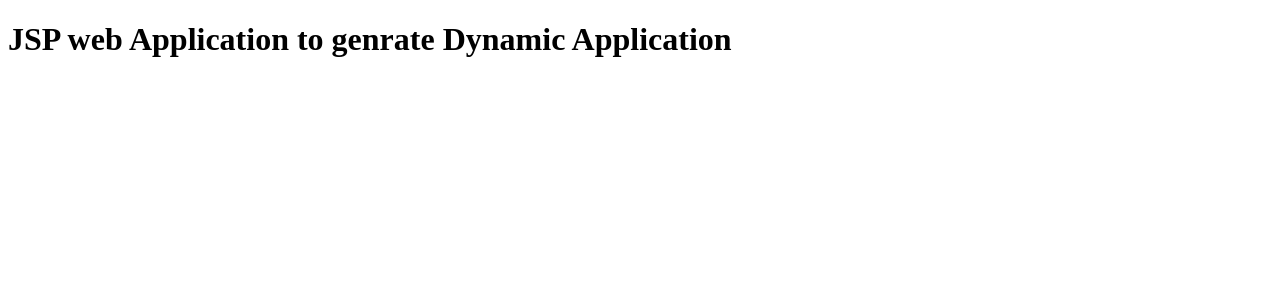
Repository: anuragtiwari3100/Java-Web-Solutions-Kit
Page: http://localhost/JsTagsAndWebAppUsingJSp/jspApp.jsp
These files come from the project's save history. The page is drawn as it stood at one moment and after the next save; the edit follows.
The browser window is 1280 px wide. The pictures show the whole page.
The page is served by Tomcat 9.

Above is the page before, as saved 2024-11-27 10:40:54.

After the next save:
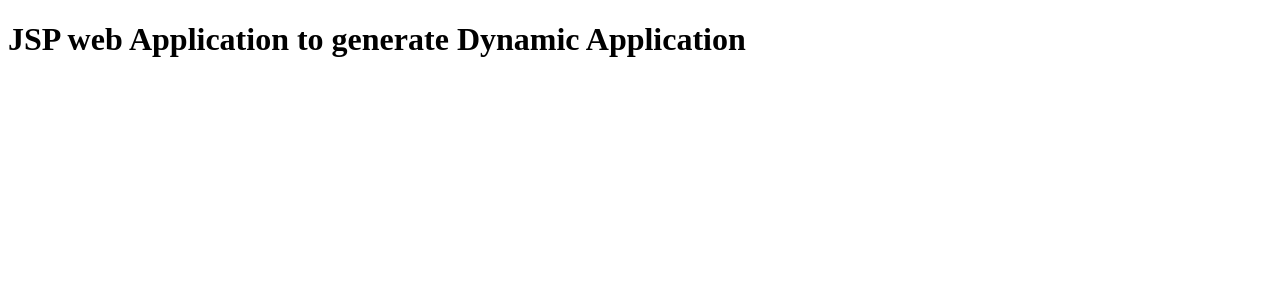
Saved 9 s later.
--- a/JspAndServlet/JsTagsAndWebAppUsingJSp/src/main/webapp/jspApp.jsp
+++ b/JspAndServlet/JsTagsAndWebAppUsingJSp/src/main/webapp/jspApp.jsp
@@ -7,6 +7,6 @@
 <title>Insert title here</title>
 </head>
 <body>
-      <h1> JSP web Application to genrate  Dynamic Application</h1>
+      <h1> JSP web Application to generate  Dynamic Application</h1>
 </body>
 </html>
